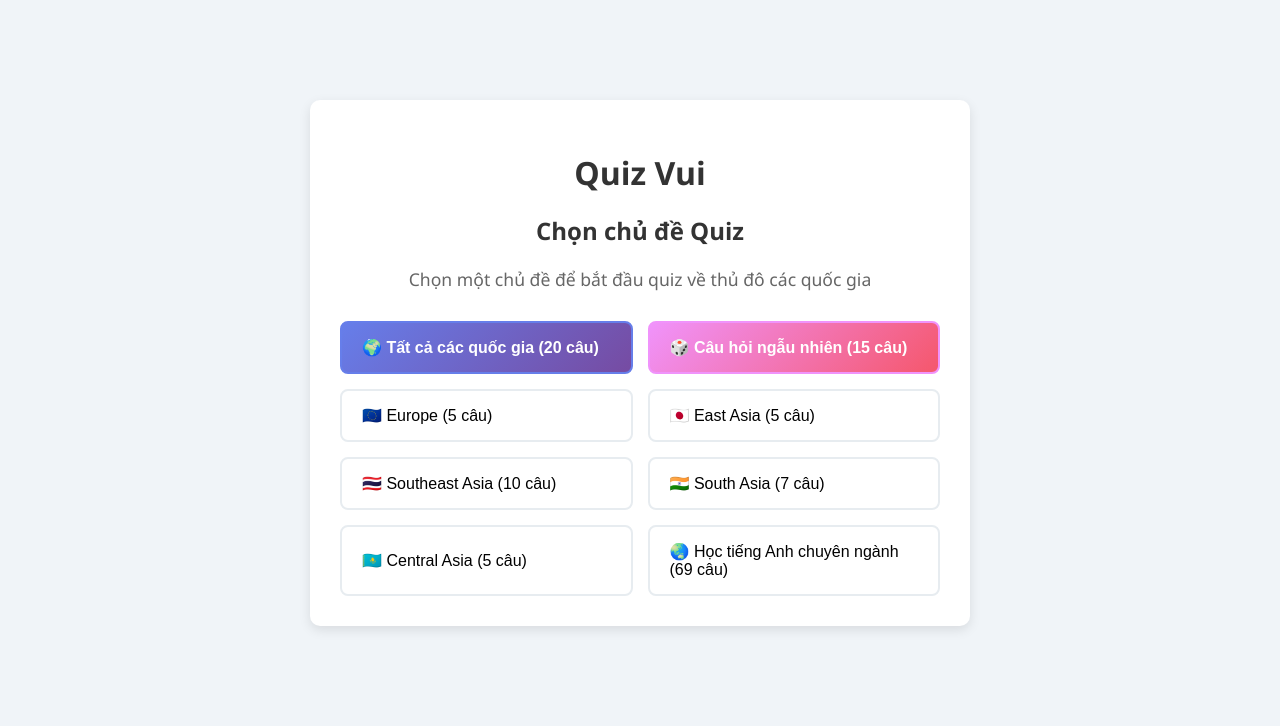
Repository: HuynhPPP/Quiz_App
Page: /
An editor plug-in stored every save of this project. The page is shown before and after a run of saves, followed by the edit.
The browser window is 1280 px wide. The pictures show the whole page.
The project was rebuilt for these pictures with package versions that can differ from the ones it lists, and the page was loaded fresh each time. Also part of the build but not shown: vite.config.js, src/components/Resutl.jsx, src/components/Review.jsx.

Above is the page before, as saved 2025-09-27 14:49:21.

### index.html
<!doctype html>
<html lang="en">
  <head>
    <meta charset="UTF-8" />
    <link rel="icon" type="image/svg+xml" href="/vite.svg" />
    <meta name="viewport" content="width=device-width, initial-scale=1.0" />
    <title>Quiz Vui</title>
  </head>
  <body>
    <div id="root"></div>
    <script type="module" src="/src/main.jsx"></script>
  </body>
</html>

### src/index.css
/* Global reset and styling */
body {
  margin: 0;
  padding: 0;
  font-family: "Segoe UI", Tahoma, Geneva, Verdana, sans-serif;
  background: #f0f4f8;
  color: #333;
}

/* Container styling for the app */
.container {
  max-width: 600px;
  margin: 100px auto;
  background: #fff;
  padding: 30px;
  border-radius: 10px;
  box-shadow: 0 4px 12px rgba(0, 0, 0, 0.1);
}

/* Header styling */
h1,
h2 {
  text-align: center;
  margin-bottom: 20px;
}

/* Styling the question text */
.question {
  font-size: 1.2em;
  margin-bottom: 20px;
}

/* Option button styling */
.option {
  display: block;
  width: 100%;
  padding: 12px;
  margin: 8px 0;
  border: 2px solid transparent;
  border-radius: 6px;
  background: #e7ecf0;
  cursor: pointer;
  text-align: left;
  transition: background 0.3s, border 0.3s;
}

.option:hover {
  background: #d6dde5;
}

.option.selected {
  background: oklch(92.9% 0.013 255.508);
  border: 2px solid oklch(55.4% 0.046 257.417);
  color: oklch(37.2% 0.044 257.287);
}

/* Navigation button styles */
.nav-buttons {
  display: flex;
  justify-content: space-between;
  margin-top: 20px;
}

.nav-buttons button {
  padding: 10px 20px;
  border: none;
  background: #42a5f5;
  color: white;
  border-radius: 6px;
  cursor: pointer;
  font-size: 1em;
  transition: background 0.3s;
}

.nav-buttons button:hover {
  background: #1e88e5;
}

.nav-buttons button:disabled {
  background: #a0c4e3;
  cursor: not-allowed;
}

.result-button {
  display: block;
  padding: 10px 20px;
  border: none;
  background: oklch(55.4% 0.046 257.417);
  color: white;
  border-radius: 6px;
  cursor: pointer;
  font-size: 1em;
  transition: background 0.3s;
}

.result-button:hover {
  background: #1e88e5;
}

/* Score display styling */
.score {
  font-size: 1.4em;
  text-align: center;
  margin: 20px 0;
}

.correct-answer {
  color: oklch(70.4% 0.14 182.503);
}

.incorrect-answer {
  color: oklch(64.5% 0.246 16.439);
}

p.result {
  text-align: center;
  margin: 40px;
}

.resultButtonsContainer {
  display: flex;
  justify-content: center;
  gap: 20px;
}

/* Review component styles */
.review-question {
  margin-bottom: 30px;
}

.review-options {
  margin: 20px 0;
}

.review-options .option {
  position: relative;
  cursor: default;
}

.review-options .option:hover {
  background: #e7ecf0;
}

.review-options .correct-user-answer {
  background: #d4edda;
  border: 2px solid #28a745;
  color: #155724;
}

.review-options .incorrect-user-answer {
  background: #f8d7da;
  border: 2px solid #dc3545;
  color: #721c24;
}

.review-options .correct-answer {
  background: #d1ecf1;
  border: 2px solid #17a2b8;
  color: #0c5460;
}

.answer-label {
  font-weight: bold;
  font-size: 0.9em;
}

.answer-status {
  margin: 20px 0;
  padding: 15px;
  border-radius: 6px;
  background: #f8f9fa;
}

.answer-status .correct-answer {
  color: #28a745;
  font-weight: bold;
}

.answer-status .incorrect-answer {
  color: #dc3545;
  font-weight: bold;
}

.answer-status .no-answer {
  color: #ffc107;
  font-weight: bold;
}

.review-buttons {
  display: flex;
  justify-content: center;
  gap: 20px;
  margin-top: 30px;
}

/* Quiz Selector styles */
.quiz-description {
  text-align: center;
  margin-bottom: 30px;
  color: #666;
  font-size: 1.1em;
}

.quiz-categories {
  display: grid;
  grid-template-columns: repeat(auto-fit, minmax(250px, 1fr));
  gap: 15px;
  margin-top: 20px;
}

.category-button {
  padding: 15px 20px;
  border: 2px solid #e7ecf0;
  border-radius: 8px;
  background: #fff;
  cursor: pointer;
  font-size: 1em;
  transition: all 0.3s;
  text-align: left;
}

.category-button:hover {
  border-color: #42a5f5;
  background: #f8f9fa;
  transform: translateY(-2px);
  box-shadow: 0 4px 12px rgba(66, 165, 245, 0.15);
}

.category-button.all-questions {
  background: linear-gradient(135deg, #667eea 0%, #764ba2 100%);
  color: white;
  border-color: #667eea;
  font-weight: bold;
}

.category-button.all-questions:hover {
  background: linear-gradient(135deg, #5a6fd8 0%, #6a4190 100%);
  transform: translateY(-2px);
}

.category-button.random {
  background: linear-gradient(135deg, #f093fb 0%, #f5576c 100%);
  color: white;
  border-color: #f093fb;
  font-weight: bold;
}

.category-button.random:hover {
  background: linear-gradient(135deg, #ee82f0 0%, #f3455a 100%);
  transform: translateY(-2px);
}

/* Dark Theme Styles */
.dark-theme {
  background: #1a1a1a;
  color: #e0e0e0;
}

.dark-theme .container {
  background: #2d2d2d;
  color: #e0e0e0;
  box-shadow: 0 4px 12px rgba(0, 0, 0, 0.3);
}

.dark-theme .option {
  background: #3d3d3d;
  color: #e0e0e0;
  border-color: #555;
}

.dark-theme .option:hover {
  background: #4d4d4d;
}

.dark-theme .option.selected {
  background: #1e3a8a;
  border-color: #3b82f6;
  color: #e0e0e0;
}

.dark-theme .nav-buttons button {
  background: #3b82f6;
}

.dark-theme .nav-buttons button:hover {
  background: #2563eb;
}

.dark-theme .result-button {
  background: #3b82f6;
}

.dark-theme .result-button:hover {
  background: #2563eb;
}

/* Theme Toggle */
.theme-toggle {
  position: fixed;
  top: 20px;
  right: 20px;
  z-index: 1000;
}

.theme-toggle-btn {
  width: 50px;
  height: 50px;
  border-radius: 50%;
  border: 2px solid #e0e0e0;
  background: #fff;
  cursor: pointer;
  font-size: 20px;
  display: flex;
  align-items: center;
  justify-content: center;
  transition: all 0.3s;
  box-shadow: 0 2px 8px rgba(0, 0, 0, 0.1);
}

.theme-toggle-btn:hover {
  transform: scale(1.1);
  box-shadow: 0 4px 12px rgba(0, 0, 0, 0.2);
}

.dark-theme .theme-toggle-btn {
  background: #2d2d2d;
  border-color: #555;
  color: #e0e0e0;
}

/* Timer Styles */
.timer-container {
  display: flex;
  flex-direction: column;
  align-items: center;
  margin-bottom: 20px;
}

.timer-header {
  display: flex;
  align-items: center;
  gap: 10px;
  margin-bottom: 15px;
}

.game-mode-icon {
  font-size: 24px;
}

.game-mode-name {
  font-size: 18px;
  font-weight: bold;
}

.timer-display {
  position: relative;
}

.timer-circle {
  position: relative;
  width: 120px;
  height: 120px;
}

.timer-svg {
  width: 100%;
  height: 100%;
  transform: rotate(-90deg);
}

.timer-progress {
  transition: stroke-dashoffset 0.3s ease;
}

.timer-progress.active {
  animation: pulse 1s infinite;
}

@keyframes pulse {
  0%, 100% { opacity: 1; }
  50% { opacity: 0.7; }
}

.timer-text {
  position: absolute;
  top: 50%;
  left: 50%;
  transform: translate(-50%, -50%);
  text-align: center;
}

.time-number {
  display: block;
  font-size: 24px;
  font-weight: bold;
  color: #333;
}

.time-label {
  display: block;
  font-size: 12px;
  color: #666;
}

.dark-theme .time-number {
  color: #e0e0e0;
}

.dark-theme .time-label {
  color: #999;
}

/* Streak Display */
.streak-container {
  display: flex;
  flex-direction: column;
  align-items: center;
  padding: 15px;
  background: linear-gradient(135deg, #ff6b6b, #ffa500);
  border-radius: 15px;
  color: white;
  min-width: 200px;
}

.streak-main {
  display: flex;
  align-items: center;
  gap: 15px;
  margin-bottom: 10px;
}

.streak-fire {
  font-size: 32px;
  animation: flame 1s infinite alternate;
}

@keyframes flame {
  0% { transform: scale(1); }
  100% { transform: scale(1.1); }
}

.streak-info {
  text-align: center;
}

.streak-number {
  font-size: 28px;
  font-weight: bold;
  display: block;
}

.streak-message {
  font-size: 14px;
  opacity: 0.9;
}

.streak-stats {
  display: flex;
  gap: 20px;
  font-size: 12px;
}

.stat-item {
  display: flex;
  flex-direction: column;
  align-items: center;
}

.stat-label {
  opacity: 0.8;
}

.stat-value {
  font-weight: bold;
  font-size: 16px;
}

/* Quiz Header Layout */
.quiz-header {
  display: flex;
  justify-content: space-between;
  align-items: flex-start;
  margin-bottom: 30px;
  gap: 20px;
}

.quiz-content {
  flex: 1;
}

/* Game Modes Section */
.game-modes-section {
  margin-bottom: 30px;
}

.game-modes-section h3 {
  text-align: center;
  margin-bottom: 20px;
  color: #333;
}

.game-modes {
  display: grid;
  grid-template-columns: repeat(auto-fit, minmax(200px, 1fr));
  gap: 15px;
  margin-bottom: 20px;
}

.game-mode-card {
  display: flex;
  align-items: center;
  gap: 15px;
  padding: 15px;
  background: #f8f9fa;
  border-radius: 10px;
  border: 2px solid #e9ecef;
}

.mode-icon {
  font-size: 24px;
}

.mode-info h4 {
  margin: 0 0 5px 0;
  color: #333;
}

.mode-info p {
  margin: 0;
  font-size: 12px;
  color: #666;
}

.dark-theme .game-mode-card {
  background: #3d3d3d;
  border-color: #555;
}

.dark-theme .mode-info h4 {
  color: #e0e0e0;
}

.dark-theme .mode-info p {
  color: #999;
}

/* Quiz Categories Section */
.quiz-categories-section {
  margin-bottom: 30px;
}

.quiz-categories-section h3 {
  text-align: center;
  margin-bottom: 20px;
  color: #333;
}

.dark-theme .quiz-categories-section h3 {
  color: #e0e0e0;
}

/* Quick Start Section */
.quick-start-section {
  margin-bottom: 30px;
}

.quick-start-section h3 {
  text-align: center;
  margin-bottom: 20px;
  color: #333;
}

.quick-start-buttons {
  display: flex;
  justify-content: center;
  gap: 15px;
  flex-wrap: wrap;
}

.quick-start-btn {
  padding: 12px 20px;
  border: none;
  border-radius: 8px;
  cursor: pointer;
  font-size: 14px;
  font-weight: bold;
  transition: all 0.3s;
  color: white;
}

.quick-start-btn.time-attack {
  background: linear-gradient(135deg, #ff6b6b, #ee5a24);
}

.quick-start-btn.blitz {
  background: linear-gradient(135deg, #feca57, #ff9ff3);
}

.quick-start-btn.survival {
  background: linear-gradient(135deg, #2c2c54, #40407a);
}

.quick-start-btn:hover {
  transform: translateY(-2px);
  box-shadow: 0 4px 12px rgba(0, 0, 0, 0.2);
}

.dark-theme .quick-start-section h3 {
  color: #e0e0e0;
}

/* Back to Selector Button */
.quiz-header {
  display: flex;
  justify-content: space-between;
  align-items: center;
  margin-bottom: 20px;
}

.back-to-selector-btn {
  padding: 8px 16px;
  background: #6c757d;
  color: white;
  border: none;
  border-radius: 6px;
  cursor: pointer;
  font-size: 14px;
  transition: all 0.3s;
  display: flex;
  align-items: center;
  gap: 5px;
}

.back-to-selector-btn:hover {
  background: #5a6268;
  transform: translateY(-1px);
}

.dark-theme .back-to-selector-btn {
  background: #495057;
}

.dark-theme .back-to-selector-btn:hover {
  background: #343a40;
}

### src/App.jsx
import Quiz from "./components/Quiz"

function App() {
  return (
    <div className="container">
      <h1>Quiz Vui</h1>
      <Quiz />

    </div>
  )
}

export default App

### src/components/Quiz.jsx
import React, { useState, useEffect } from 'react'
import Resutl from './Resutl'
import Review from './Review'
import QuizSelector from './QuizSelector'

const Quiz = () => {
    const [currentQuestions, setCurrentQuestions] = useState([]);
    const [optionSelected, setOptionSelected] = useState("");
    const [userAnswer, setUserAnswer] = useState([]);
    const [currentQuestion, setCurrentQuestion] = useState(0);
    const [isQuizCompleted, setIsQuizCompleted] = useState(false);
    const [isReviewMode, setIsReviewMode] = useState(false);
    const [score, setScore] = useState(0);
    const [showSelector, setShowSelector] = useState(true);

    const handleStartQuiz = (questions) => {
        setCurrentQuestions(questions);
        setUserAnswer(Array.from({ length: questions.length }));
        setShowSelector(false);
        setCurrentQuestion(0);
        setOptionSelected("");
        setIsQuizCompleted(false);
        setIsReviewMode(false);
        setScore(0);
    };

    const handleSelectOption = (option, index) => {
        setOptionSelected(option);
        const newUserAnswer = [...userAnswer];
        newUserAnswer[currentQuestion] = index;
        setUserAnswer(newUserAnswer);
    }

    const handleNextQuestion = () => {
        if (currentQuestion === currentQuestions.length - 1) {
            setIsQuizCompleted(true);
        } else {
            setCurrentQuestion((prev) => prev + 1);
        }

    }

    const handlePreviousQuestion = () => {
        if (currentQuestion > 0) {
            setCurrentQuestion((prev) => prev - 1);
        }
    }

    const handleResetQuiz = () => {
        setShowSelector(true);
        setIsQuizCompleted(false);
        setIsReviewMode(false);
        setCurrentQuestion(0);
        setScore(0);
        setUserAnswer([]);
        setOptionSelected("");
        setCurrentQuestions([]);
    }

    const handleReviewQuiz = () => {
        setIsReviewMode(true);
        setIsQuizCompleted(false);
        setCurrentQuestion(0);
    }

    const handleBackToSelector = () => {
        setShowSelector(true);
        setIsQuizCompleted(false);
        setIsReviewMode(false);
        setCurrentQuestion(0);
        setScore(0);
        setUserAnswer([]);
        setOptionSelected("");
        setCurrentQuestions([]);
    }

    useEffect(() => {
        if (currentQuestions.length > 0) {
            const answer = Number(userAnswer[currentQuestion]);
            const pastOptionSelected = currentQuestions[currentQuestion].options[answer];
            if (answer !== undefined) {
                setOptionSelected(pastOptionSelected);
            } else {
                setOptionSelected("");
            }
        }
    }, [currentQuestion, userAnswer, currentQuestions]);

    useEffect(() => {
        if (currentQuestions.length > 0 && optionSelected === currentQuestions[currentQuestion].answer) {
            setScore((prev) => prev + 1);
        }
    }, [optionSelected, currentQuestion, currentQuestions]);

    if (isReviewMode) {
        return <Review
            quizData={currentQuestions}
            userAnswers={userAnswer}
            handleBackToResult={handleBackToSelector}
            handleRestartQuiz={handleResetQuiz}
        />
    }

    if (isQuizCompleted) {
        return <Resutl
            score={score}
            totalQuestions={currentQuestions.length}
            handleReviewQuiz={handleReviewQuiz}
            handleResetQuiz={handleResetQuiz}
        />
    }

    if (showSelector) {
        return <QuizSelector onStartQuiz={handleStartQuiz} />
    }

    if (currentQuestions.length === 0) {
        return <div>Loading...</div>
    }

    return (
        <div>
            <div className="quiz-header">
                <button
                    className="back-to-selector-btn"
                    onClick={handleBackToSelector}
                    title="Quay lại chọn chủ đề"
                >
                    ← Quay lại chọn chủ đề
                </button>
                <h2>Câu {currentQuestion + 1}</h2>
            </div>
            <p className='question'>{currentQuestions[currentQuestion].question}</p>

            {currentQuestions[currentQuestion].options.map((option, index) => (
                <button
                    key={index}
                    className={`option ${optionSelected === option ? 'selected' : ''}`}
                    disabled={!!optionSelected && optionSelected !== option}
                    onClick={() => handleSelectOption(option, index)}
                >
                    {option}
                </button>
            ))}

            {
                optionSelected ? (
                    optionSelected === currentQuestions[currentQuestion].answer ? (
                        <p className='correct-answer'>Câu trả lời của bạn là chính xác</p>
                    ) : (
                        <p className='incorrect-answer'>Câu trả lời của bạn chưa chính xác</p>
                    )
                ) : ""
            }


            <div className='nav-buttons'>
                <button
                    onClick={handlePreviousQuestion}
                    disabled={currentQuestion === 0}
                >
                    Trước
                </button>
                <button
                    onClick={handleNextQuestion}
                    disabled={!optionSelected}
                >
                    {currentQuestion === currentQuestions.length - 1 ? "Hoàn thành Quiz" : "Tiếp"}
                </button>
            </div>
        </div>
    );
};

export default Quiz

### src/components/QuizSelector.jsx
import React from 'react'
import { getAllCategories, getQuestionsByCategory, getRandomQuestions } from '../data/quizData'

const QuizSelector = ({ onStartQuiz }) => {
    const categories = getAllCategories();

    const handleCategorySelect = (category) => {
        const questions = getQuestionsByCategory(category);
        onStartQuiz(questions);
    };

    const handleRandomQuiz = () => {
        const questions = getRandomQuestions(15);
        onStartQuiz(questions);
    };

    const handleAllQuestions = () => {
        const questions = getRandomQuestions(20);
        onStartQuiz(questions);
    };

    return (
        <div>
            <h2>Chọn chủ đề Quiz</h2>
            <p className="quiz-description">
                Chọn một chủ đề để bắt đầu quiz về thủ đô các quốc gia
            </p>

            <div className="quiz-categories">
                <button
                    className="category-button all-questions"
                    onClick={handleAllQuestions}
                >
                    🌍 Tất cả các quốc gia (20 câu)
                </button>

                <button
                    className="category-button random"
                    onClick={handleRandomQuiz}
                >
                    🎲 Câu hỏi ngẫu nhiên (15 câu)
                </button>

                {categories.map((category, index) => {
                    const questionCount = getQuestionsByCategory(category).length;
                    const categoryEmojis = {
                        'Europe': '🇪🇺',
                        'East Asia': '🇯🇵',
                        'Southeast Asia': '🇹🇭',
                        'South Asia': '🇮🇳',
                        'Central Asia': '🇰🇿'
                    };

                    return (
                        <button
                            key={index}
                            className="category-button"
                            onClick={() => handleCategorySelect(category)}
                        >
                            {categoryEmojis[category] || '🌏'} {category} ({questionCount} câu)
                        </button>
                    );
                })}
            </div>
        </div>
    );
};

export default QuizSelector;

Loaded but not shown: src/main.jsx (common file); src/data/quizData.js (637 lines, source omitted)

After the next 2 saves:
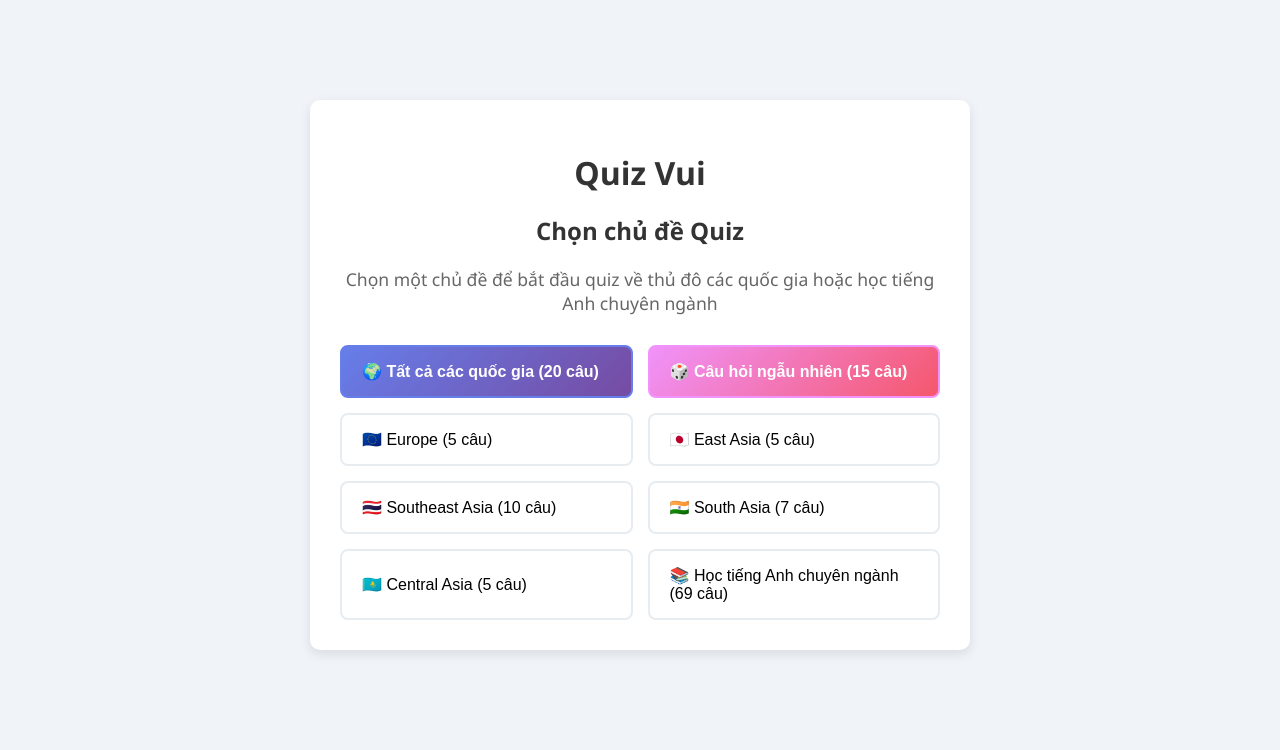
The 2 saves are shown as one change because they came seconds apart.
The last was saved 22 s later.
--- a/src/components/QuizSelector.jsx
+++ b/src/components/QuizSelector.jsx
@@ -23,7 +23,7 @@ const QuizSelector = ({ onStartQuiz }) => {
         <div>
             <h2>Chọn chủ đề Quiz</h2>
             <p className="quiz-description">
-                Chọn một chủ đề để bắt đầu quiz về thủ đô các quốc gia
+                Chọn một chủ đề để bắt đầu quiz về thủ đô các quốc gia hoặc học tiếng Anh chuyên ngành
             </p>
 
             <div className="quiz-categories">
@@ -48,7 +48,8 @@ const QuizSelector = ({ onStartQuiz }) => {
                         'East Asia': '🇯🇵',
                         'Southeast Asia': '🇹🇭',
                         'South Asia': '🇮🇳',
-                        'Central Asia': '🇰🇿'
+                        'Central Asia': '🇰🇿',
+                        'Học tiếng Anh chuyên ngành': '📚'
                     };
 
                     return (
